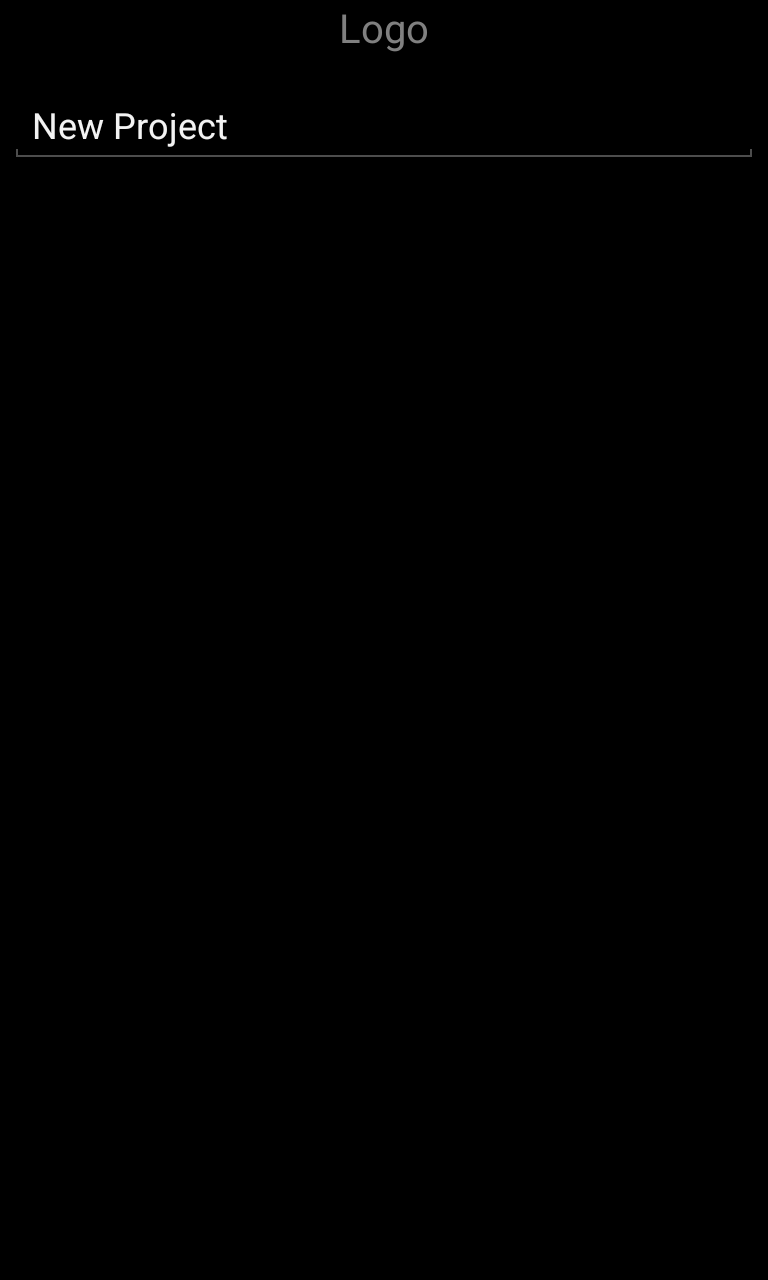
Repository: matthew-robertson/PhysLab
Layout: Phys Lab/Phys Lab/res/layout/textbox.xml
These files come from the project's save history. The layout is drawn as it stood at one moment and after the next save; the edit follows.
It is drawn on a 768 x 1280 px phone screen (xhdpi) without system bars, with theme android:Theme.Holo; the app's code is not run.

Above is the layout before, as saved 2013-01-18 06:50:47.

After the next save:
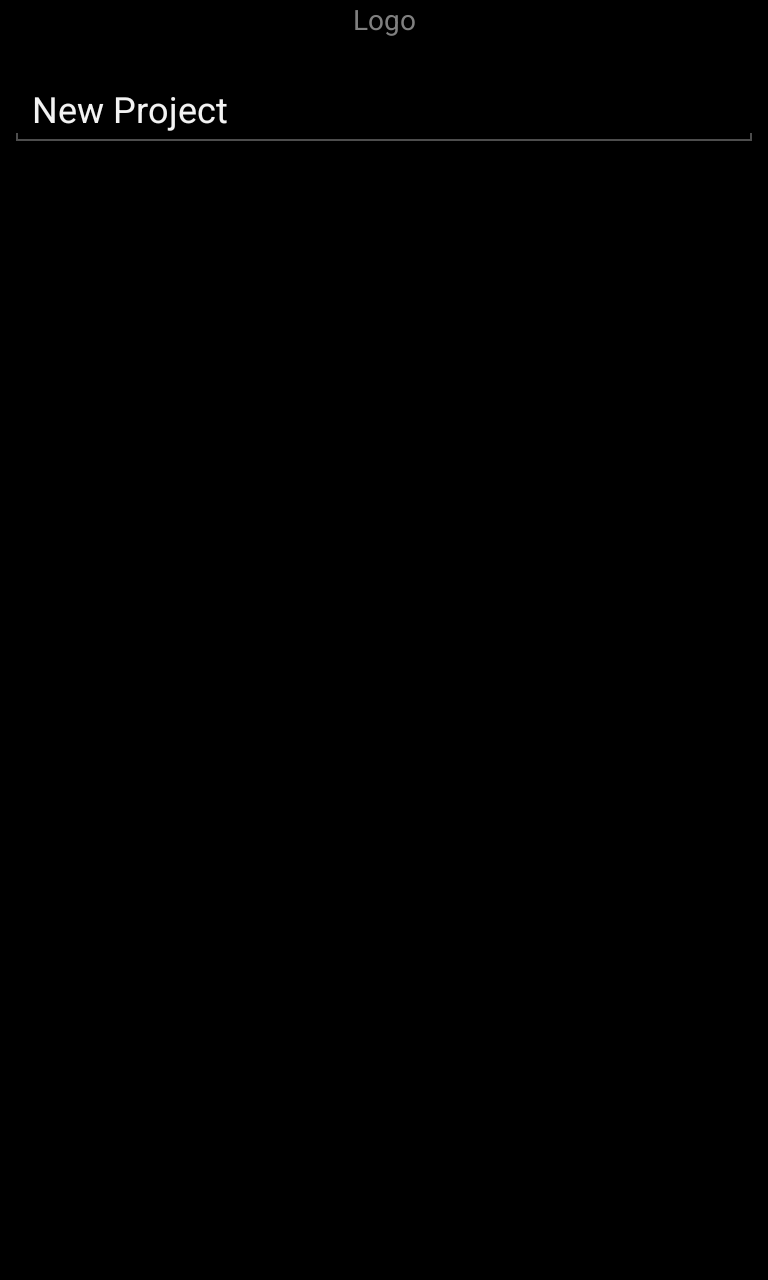
Saved 42 s later.
--- a/Phys Lab/Phys Lab/res/layout/textbox.xml
+++ b/Phys Lab/Phys Lab/res/layout/textbox.xml
@@ -9,7 +9,6 @@
         android:layout_height="wrap_content"
         android:hint="Logo"
     	android:gravity="center"
-    	android:textSize="20.0"
        />
 
 
